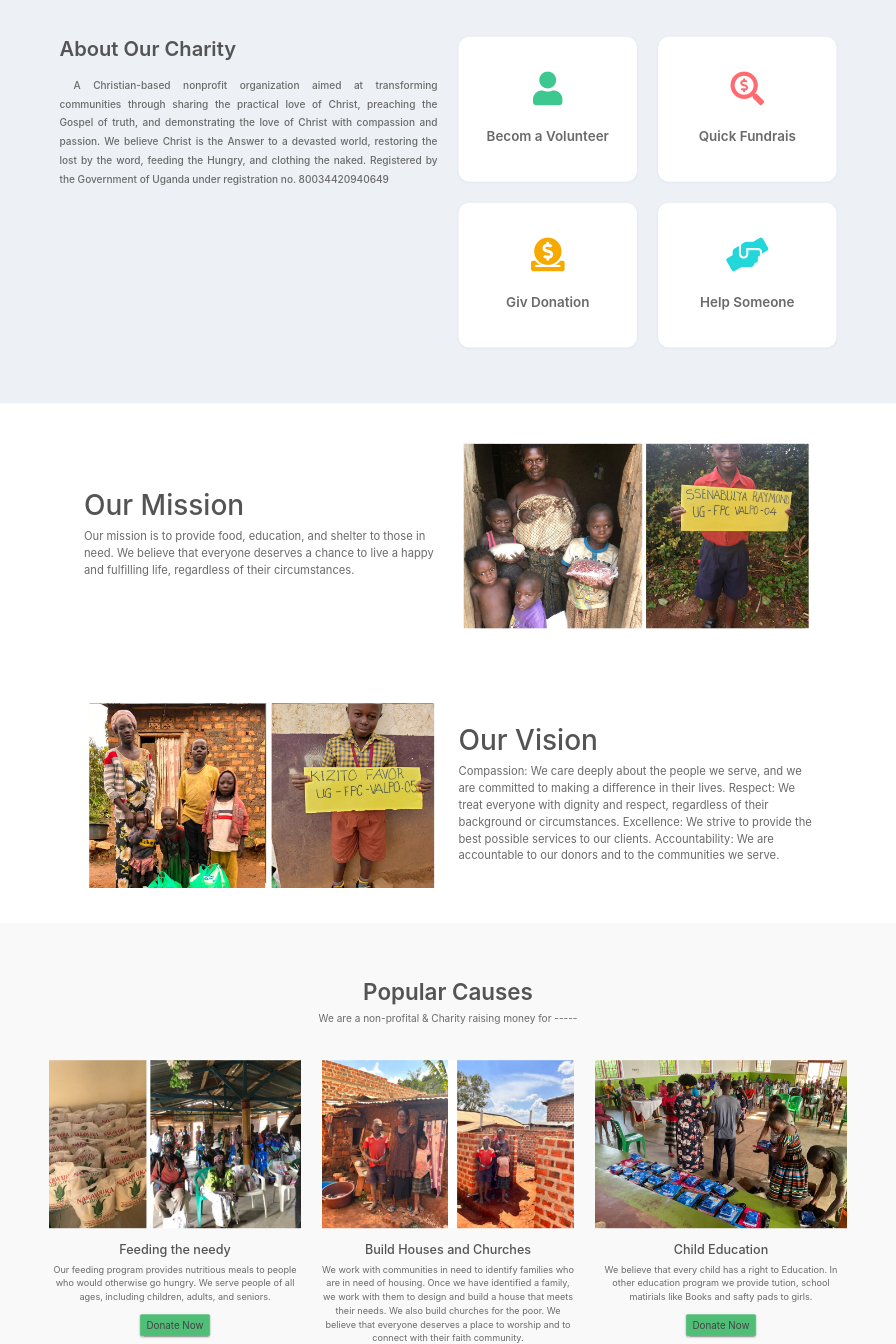
Repository: kluivert-ssali/Zziwa
Page: index.html
These files come from the project's save history. The page is drawn as it stood at one moment and after the next save; the edit follows.
The browser window is 1280 px wide. The pictures show the part of the page from y = 972 to 2892 px (the page is 5257 px tall), at 70% of full size.
A picture or video elsewhere on the page could not be fetched, so the positions and the page height are approximate. Backgrounds fixed to the window are drawn as part of the page.

Above is the page before, as saved 2023-11-24 19:29:33.

After the next save:
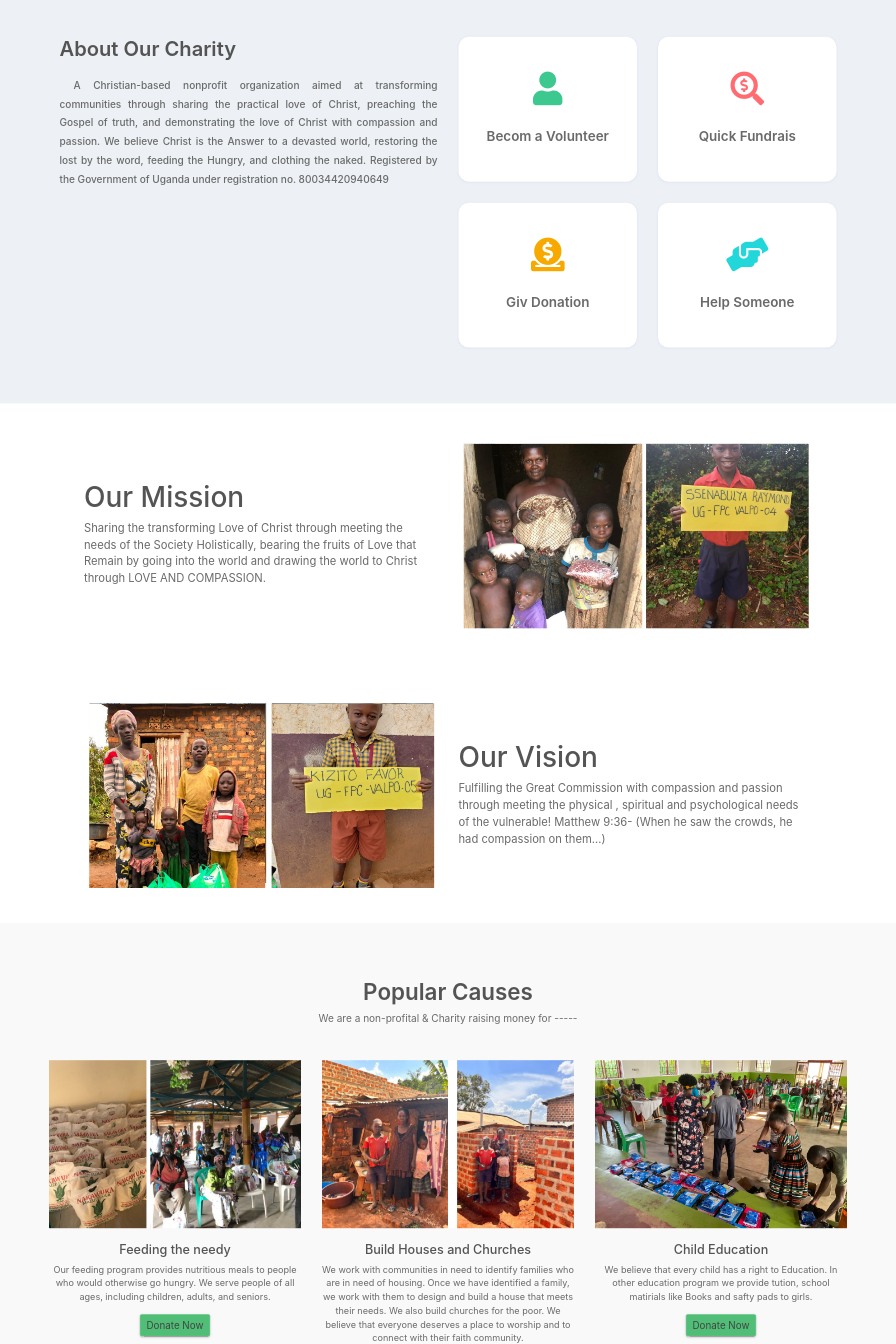
Saved 107 s later.
--- a/index.html
+++ b/index.html
@@ -255,9 +255,10 @@
           <div class="col-md-6 mv-det">
             <h1>Our Mission</h1>
             <p>
-              Our mission is to provide food, education, and shelter to those in
-              need. We believe that everyone deserves a chance to live a happy
-              and fulfilling life, regardless of their circumstances.
+              Sharing the transforming Love of Christ through meeting the needs
+              of the Society Holistically, bearing the fruits of Love that
+              Remain by going into the world and drawing the world to Christ
+              through LOVE AND COMPASSION.
             </p>
           </div>
           <div class="col-md-6 mv-img">
@@ -271,12 +272,10 @@
           <div class="col-md-6 mv-det">
             <h1>Our Vision</h1>
             <p>
-              Compassion: We care deeply about the people we serve, and we are
-              committed to making a difference in their lives. Respect: We treat
-              everyone with dignity and respect, regardless of their background
-              or circumstances. Excellence: We strive to provide the best
-              possible services to our clients. Accountability: We are
-              accountable to our donors and to the communities we serve.
+              Fulfilling the Great Commission with compassion and passion
+              through meeting the physical , spiritual and psychological needs
+              of the vulnerable! Matthew 9:36- (When he saw the crowds, he had
+              compassion on them…)
             </p>
           </div>
         </div>
